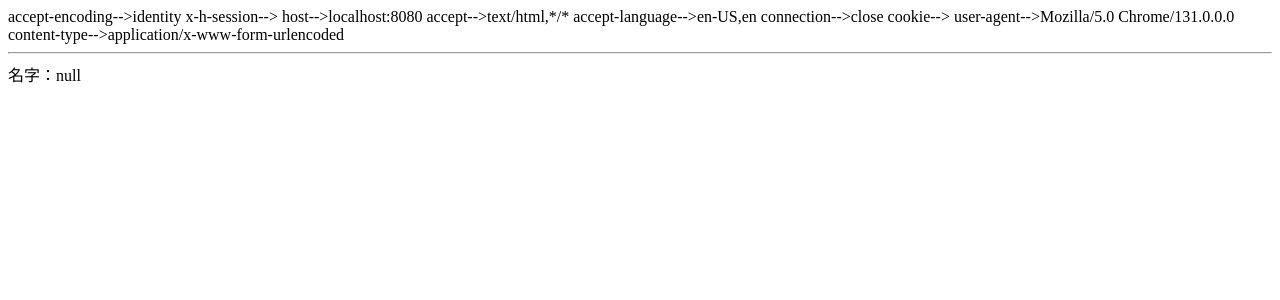
Repository: frankstar007/java
Page: http://localhost/CommentBoard/request1.jsp
These files come from the project's save history. The page is drawn as it stood at one moment and after the next save; the edit follows.
The browser window is 1280 px wide. The pictures show the whole page.
The page is served by Tomcat 9. Other server files are loaded and not shown.

Above is the page before, as saved 2016-05-16 01:22:28.

### CommentBoard/WebContent/request1.jsp
<%@page import="java.util.Enumeration"%>
<%@ page language="java" contentType="text/html; charset=UTF-8"
    pageEncoding="UTF-8"%>
<!DOCTYPE html PUBLIC "-//W3C//DTD HTML 4.01 Transitional//EN" "http://www.w3.org/TR/html4/loose.dtd">
<html>
<head>
<meta http-equiv="Content-Type" content="text/html; charset=UTF-8">
<title>获取post提交的参数</title>
</head>
<body>
	<%
		//获取所有请求头的名称
		Enumeration<String> headerString = request.getHeaderNames();
		while(headerString.hasMoreElements()) {
			String headerName = headerString.nextElement();
			//获取每个请求及其对应的值
			out.println(headerName + "-->" + request.getHeader(headerName));
		}
		out.println("<hr>");
		request.setCharacterEncoding("UTF-8");
		String name = request.getParameter("name");
		String gender = request.getParameter("gender");
		String[] color = request.getParameterValues("color");
		String national = request.getParameter("country");

	%>
	名字：<%=name %>
</body>
</html>

After the next save:
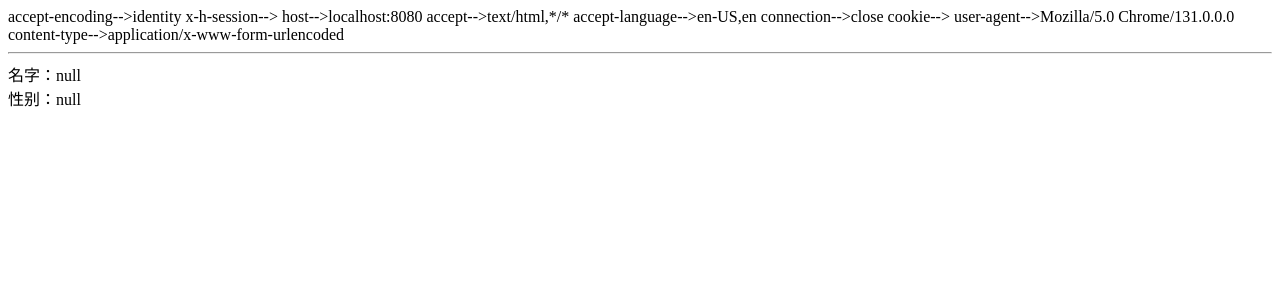
Saved 28 s later.
--- a/CommentBoard/WebContent/request1.jsp
+++ b/CommentBoard/WebContent/request1.jsp
@@ -24,6 +24,7 @@
 		String national = request.getParameter("country");
 
 	%>
-	名字：<%=name %>
+	名字：<%=name %><br>
+	性别：<%=gender %><br>
 </body>
 </html>
